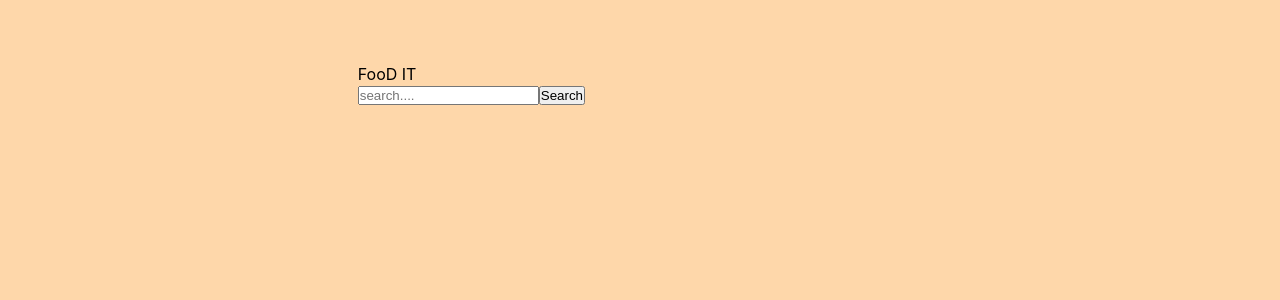
Repository: sandipkarmokar/recipeApp
Page: /
These files come from the project's save history. The page is drawn as it stood at one moment and after the next save; the edit follows.
The browser window is 1280 px wide. The pictures show the whole page.
The project was rebuilt for these pictures with package versions that can differ from the ones it lists, and the page was loaded fresh each time.

Above is the page before, as saved 2022-04-15 16:43:52.

### src/App.js
import { useEffect, useStata, useState } from 'react';
import ListView from './components/listView';
import SearchBar from './components/searchBar';
import './App.css';

function App() {
    const [query, setQuery] = useState('');
    const [isLoading, setIsLoading] = useState(true);
    const [recipeIngredients, setRecipeIngredients] = useState([]);
    const [recipeList, setRecipeList] = useState([]);
    const [recipeId, setRecipeId] = useState();
    const [recipe, setRecipe] = useState([]);

    const url = `https://forkify-api.herokuapp.com/api/search?q=${query}`;
    const urlRecipe = `https://forkify-api.herokuapp.com/api/get?rId=${recipeId}`;

    const fetchData = async (e) => {
        e.preventDefault();
        try {
            const response = await fetch(url);
            const data = await response.json();
            setRecipeList(data.recipes);
            setIsLoading(false);
            setQuery('');
        } catch (error) {
            console.log(error);
        }
    };

    const fetchRecipe = async () => {
        try {
            const response = await fetch(urlRecipe);
            const data = await response.json();
            setRecipe(data);
            console.log(recipe, recipeId);
        } catch (error) {
            console.log(error);
        }
    };
    return (
        <div className="app">
            <div className="app-container">
                <SearchBar
                    query={query}
                    setQuery={setQuery}
                    fetchData={fetchData}
                ></SearchBar>
                <ListView
                    recipeList={recipeList}
                    setRecipeId={setRecipeId}
                    fetchRecipe={fetchRecipe}
                ></ListView>
            </div>
        </div>
    );
}

export default App;

### src/components/listView.js
import React from 'react';

const ListView = ({ recipeList, setRecipeId, fetchRecipe }) => {
    console.log(recipeList);
    const handleRecipe = (id) => {
        let numberId = parseInt(id);
        console.log(typeof numberId);
        setRecipeId(id);
        fetchRecipe();
    };

    return (
        <div className="recipeList">
            <div className="recipeList-container">
                {recipeList.map((el) => {
                    console.log(typeof el.recipe_id);
                    return (
                        <>
                            <p>{el.title}</p>
                            <img src={el.image_url} alt="" />
                            <p>{el.recipe_id}</p>
                            <p
                                onClick={() => {
                                    handleRecipe(el.recipe_id);
                                }}
                            >
                                Know More
                            </p>
                        </>
                    );
                })}
            </div>
        </div>
    );
};

export default ListView;

### src/components/searchBar.js
import React from 'react';

const SearchBar = ({ query, setQuery, fetchData }) => {
    return (
        <div className="searchBar">
            <div className="searchBar-container">
                <div className="logo">FooD IT</div>
                <form onSubmit={fetchData} className="search">
                    <input
                        type="text"
                        placeholder="search...."
                        value={query}
                        onChange={(e) => setQuery(e.target.value)}
                    />
                    <button type="submit">Search</button>
                </form>
            </div>
        </div>
    );
};

export default SearchBar;

### src/App.css
* {
    margin: 0;
    padding: 0;
    box-sizing: border-box;
}

.app {
    height: 100vh;
    width: 100vw;
    background-color: #fed7aa;
    overflow: hidden;
    padding: 4rem;
}

.app .app-container {
    width: 70%;
    margin: 0 auto;
}
.app .app-container .searchBar {
    width: 70%;
    margin: 0 auto;
}

Loaded but not shown: public/index.html (common file); src/index.js (common file); src/index.css (common file); src/reportWebVitals.js (common file)

After the next save:
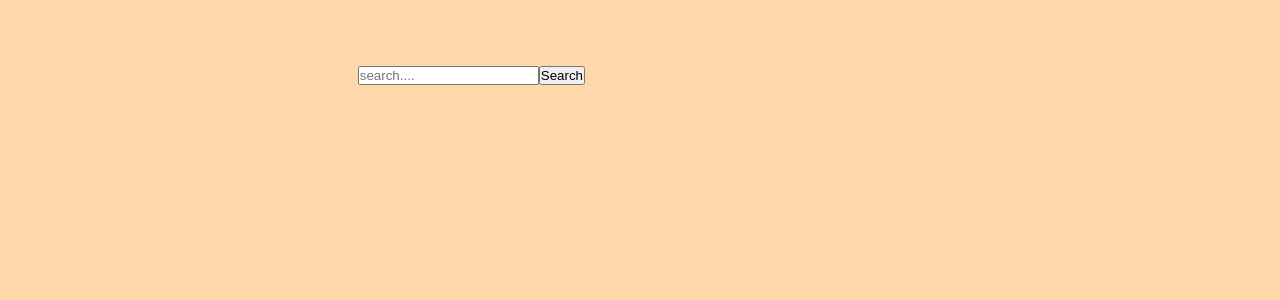
Saved 6 s later.
--- a/src/components/searchBar.js
+++ b/src/components/searchBar.js
@@ -4,7 +4,7 @@ const SearchBar = ({ query, setQuery, fetchData }) => {
     return (
         <div className="searchBar">
             <div className="searchBar-container">
-                <div className="logo">FooD IT</div>
+                {/* <div className="logo">FooD IT</div> */}
                 <form onSubmit={fetchData} className="search">
                     <input
                         type="text"
